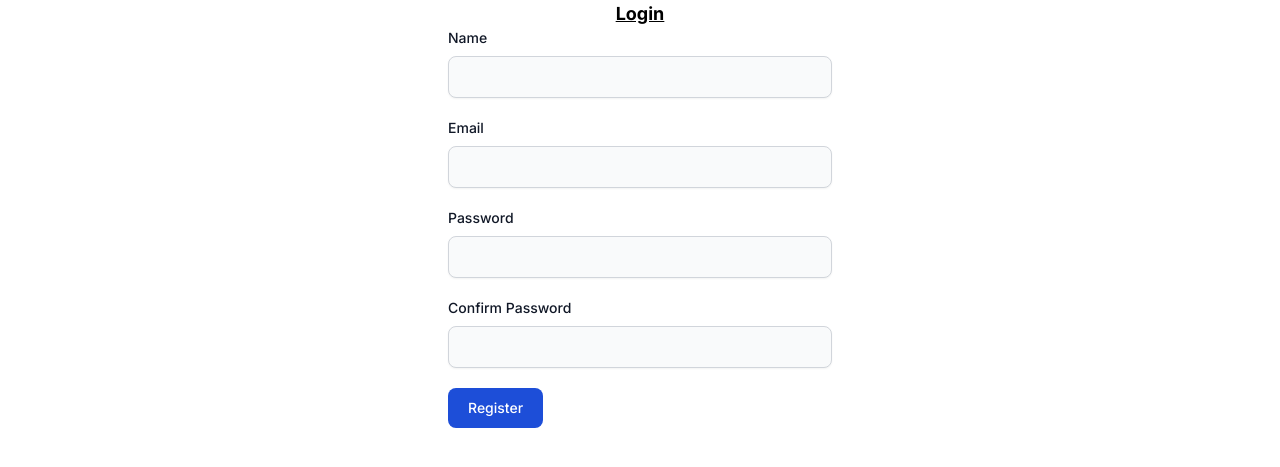
Repository: fatimash2123/next-todo
Page: /login
The author's editor kept a copy of each file at every save. The page is drawn from the files as they stood at one save, then again after the next save.
The browser window is 1280 px wide. The pictures show the whole page.
The project was rebuilt for these pictures with package versions that can differ from the ones it lists, and the page was loaded fresh each time. The framework's server and built-in components were replaced by stand-ins that run in the browser. Also part of the build but not shown: next.config.mjs.

Above is the page before, as saved 2024-02-13 12:23:07.

### app/login/page.tsx
import Input from "../components/Input";
import Button from "../components/Button";
import MainHeading from "../components/MainHeading";
export default function Register() {
  const register = () => {};

  return (
    <>
      <MainHeading title={"Login"} />
      <form className="max-w-sm mx-auto">
        <Input title={"Name"} type={"text"} name={"name"} />
        <Input title={"Email"} type={"email"} name={"email"} />
        <Input title={"Password"} type={"password"} name={"password"} />
        <Input
          title={"Confirm Password"}
          type={"password"}
          name={"cpassword"}
        />
        <Button title={"Register"} handleOnClick={register} />
      </form>
    </>
  );
}

### app/components/Input.tsx
interface InputProps {
  title: string;
  type: string;
  name: string;
}
export default function ({ title, type, name }: InputProps) {
  return (
    <div className="mb-5">
      <label
        htmlFor={name}
        className="block mb-2 text-sm font-medium text-gray-900 dark:text-white"
      >
        {title}
      </label>
      <input
        type={type}
        id={name}
        className="shadow-sm bg-gray-50 border border-gray-300 text-gray-900 text-sm rounded-lg focus:ring-blue-500 focus:border-blue-500 block w-full p-2.5 dark:bg-gray-700 dark:border-gray-600 dark:placeholder-gray-400 dark:text-white dark:focus:ring-blue-500 dark:focus:border-blue-500 dark:shadow-sm-light"
        required
      />
    </div>
  );
}

### app/components/Button.tsx
import { MouseEventHandler } from "react";

interface ButtonProps {
  title: string;
  handleOnClick: () => any;
}

const Button = ({ title, handleOnClick }: ButtonProps) => {
  return (
    <button
      type="submit"
      className="text-white bg-blue-700 hover:bg-blue-800 focus:ring-4 focus:outline-none focus:ring-blue-300 font-medium rounded-lg text-sm px-5 py-2.5 text-center dark:bg-blue-600 dark:hover:bg-blue-700 dark:focus:ring-blue-800"
      onClick={handleOnClick()}
    >
      {title}
    </button>
  );
};

export default Button;

### app/components/MainHeading.tsx
interface MainHeadingProps {
  title: string;
}

export default function ({ title }: MainHeadingProps) {
  return (
    <h1 className="font-bold text-lg text-center text-3xl underline">
      {title}
    </h1>
  );
}

### tailwind.config.js
/** @type {import('tailwindcss').Config} */
module.exports = {
  content: [
    "./app/**/*.{js,ts,jsx,tsx,mdx}",
    "./components/**/*.{js,ts,jsx,tsx,mdx}",
  ],
  theme: {
    extend: {},
  },
  plugins: [],
}

Loaded but not shown: app/layout.tsx (common file); app/globals.css (common file)

After the next save:
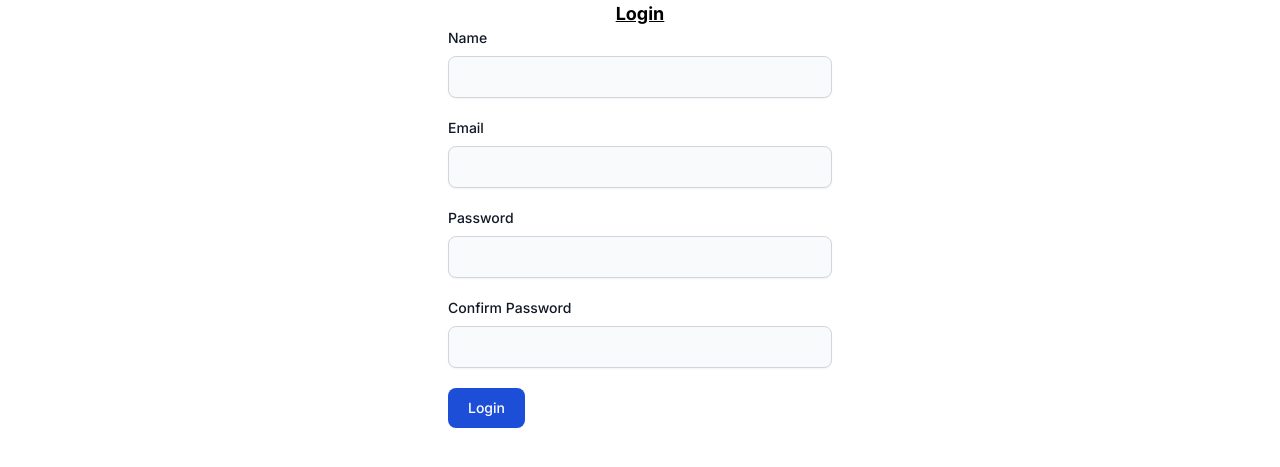
Saved 5 s later.
--- a/app/login/page.tsx
+++ b/app/login/page.tsx
@@ -16,7 +16,7 @@ export default function Register() {
           type={"password"}
           name={"cpassword"}
         />
-        <Button title={"Register"} handleOnClick={register} />
+        <Button title={"Login"} handleOnClick={register} />
       </form>
     </>
   );
